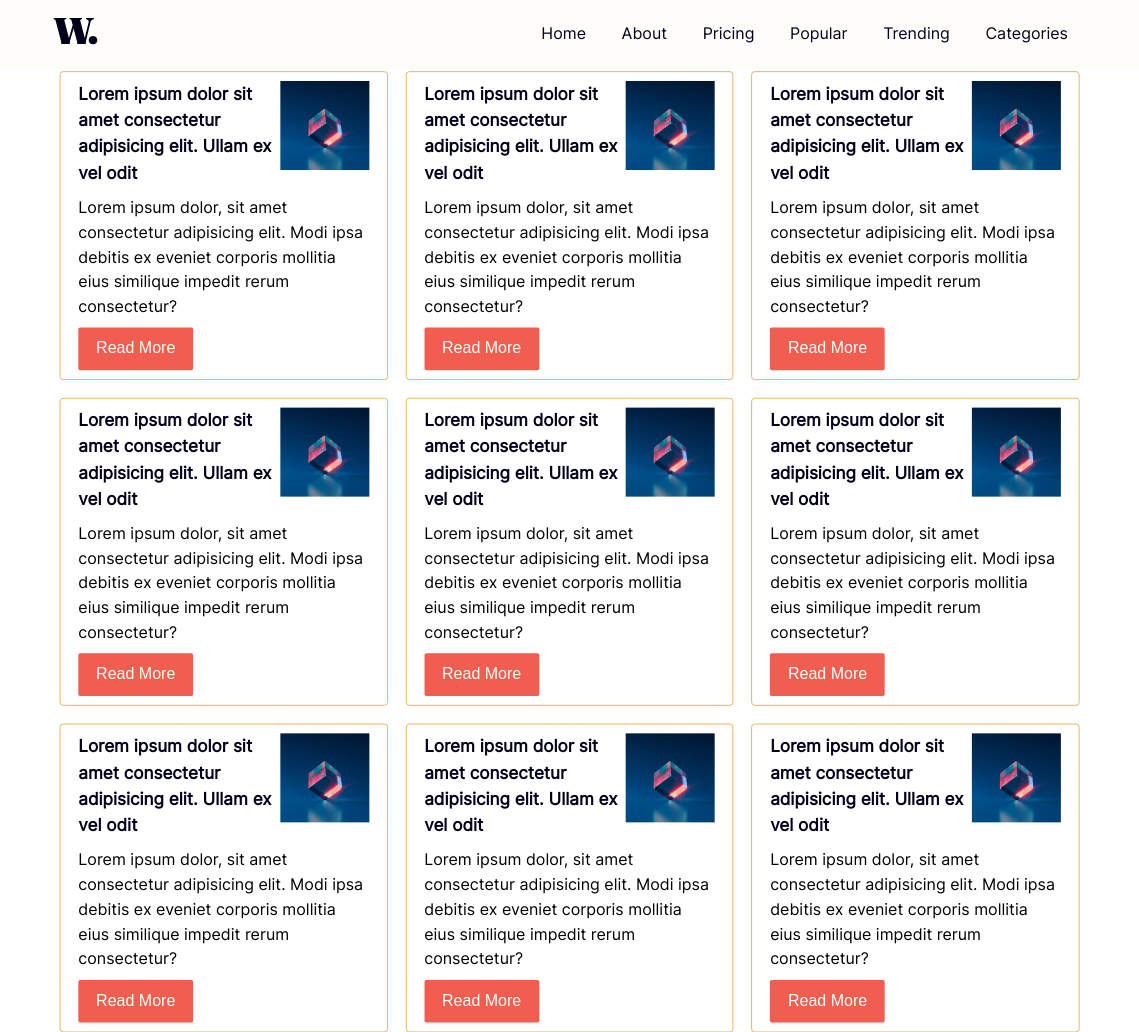
Repository: Benedict-Anthony/web3.0-blog-chain
Page: /trending
These files come from the project's save history. The page is drawn as it stood at one moment and after the next save; the edit follows.
The browser window is 1280 px wide. The pictures show the whole page, at 89% of full size.
The project was rebuilt for these pictures with package versions that can differ from the ones it lists, and the page was loaded fresh each time. The framework's server and built-in components were replaced by stand-ins that run in the browser. Also part of the build but not shown: next.config.js, styles/styles.css.

Above is the page before, as saved 2022-12-21 03:17:26.

After the next save:
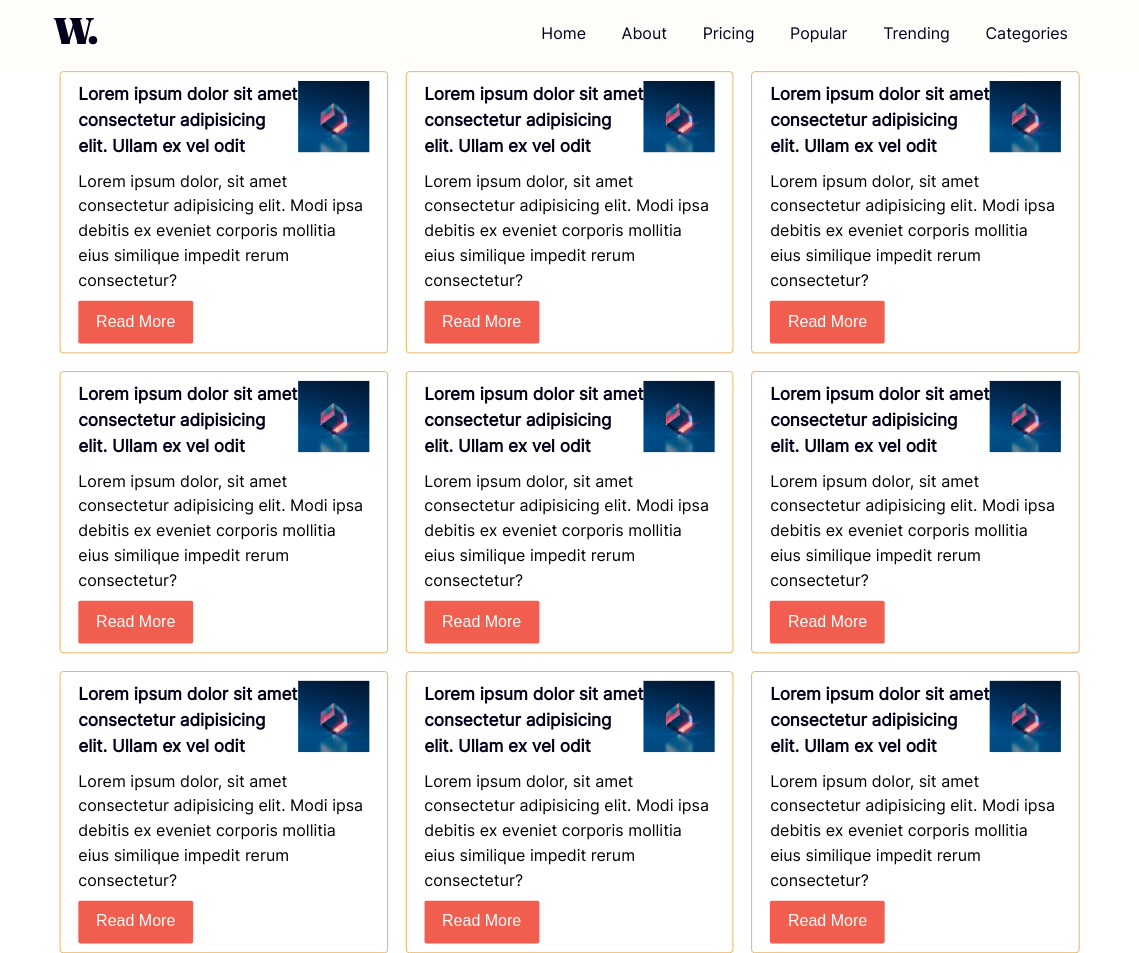
Saved 15 s later.
--- a/styles/Trending.module.scss
+++ b/styles/Trending.module.scss
@@ -13,7 +13,7 @@
         justify-content: space-between;
         align-items: flex-start;
         img{
-            width: 100px;
+            width: 80px;
 
         }
         h4{
